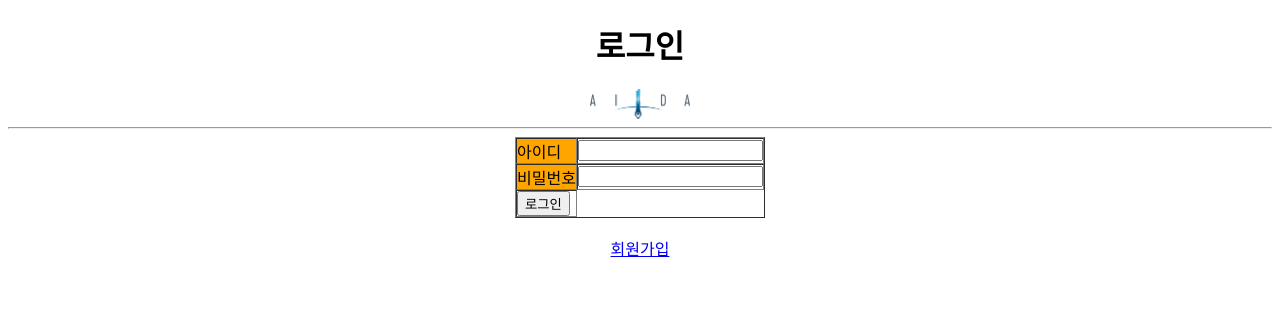
Repository: Jayking0215/myjava
Page: workspace/MyBoard/MyBoard/src/main/webapp/login.html
These files come from the project's save history. The page is drawn as it stood at one moment and after the next save; the edit follows.
The browser window is 1280 px wide. The pictures show the whole page.

Above is the page before, as saved 2023-04-28 15:21:08.

After the next save:
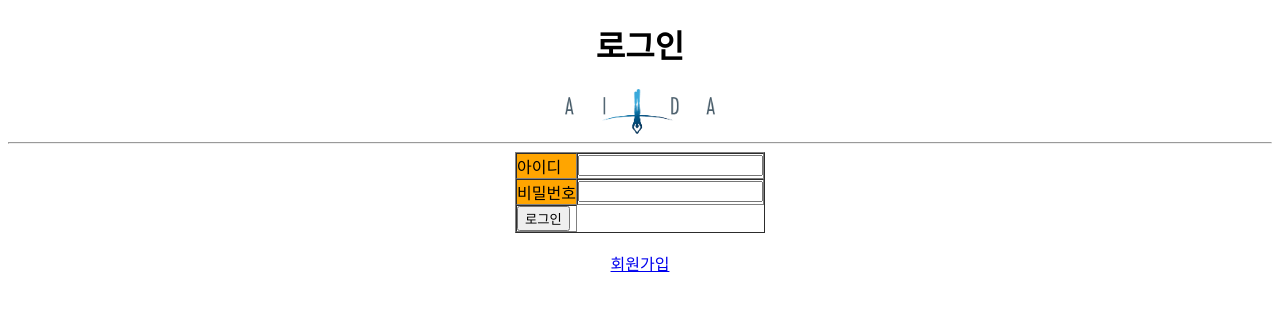
Saved 13 s later.
--- a/workspace/MyBoard/MyBoard/src/main/webapp/login.html
+++ b/workspace/MyBoard/MyBoard/src/main/webapp/login.html
@@ -7,7 +7,7 @@
 <body>
 <center>
 <h1>로그인</h1>
-<img src="images/aida.png" width="100" heigth="80">
+<img src="images/aida.png" width="150px" heigth="1000px">
 <hr>
 <form action="#" method="post">
 	<table border="1" cellpadding="0" cellspacing="0">
